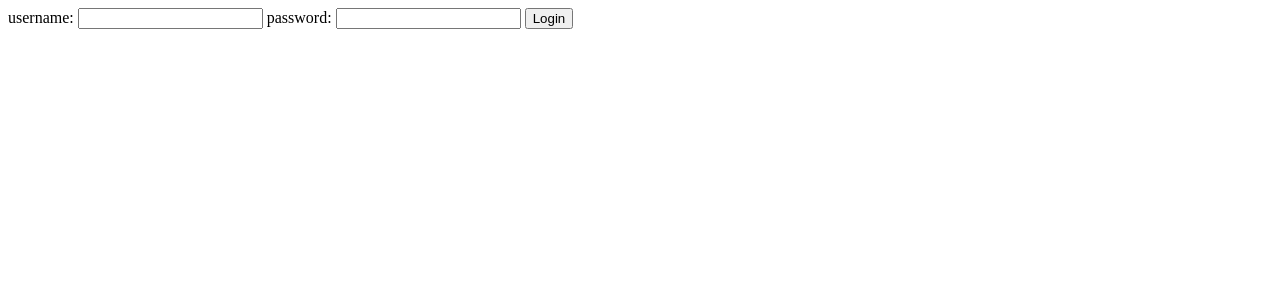
Repository: thegr8khan/webproject1
Page: http://localhost/amazon/
An editor plug-in stored every save of this project. The page is shown before and after the next save, followed by the edit.
The browser window is 1280 px wide. The pictures show the whole page.
The page is served by Tomcat 9. Other server files are loaded and not shown.

Above is the page before, as saved 2023-03-24 01:51:23.

### WebProgramming/amazon/src/main/webapp/login.jsp
<html>

<head>
<!-- Import JavaScript files -->
<!-- Import CSS files -->
</head>

<body>

<%
String loginError = (String)request.getAttribute("loginError");
if(loginError != null){

%>

<span style="color: red"><%=loginError %></span>

<%
}
%>

<form action="/amazon/cs" method="post">


username: <input type= "text" name="username"/>
password: <input type= "password" name="password"/>

<input type="submit" name="action" value="Login"/>

</form>

</body>

</html>

After the next save:
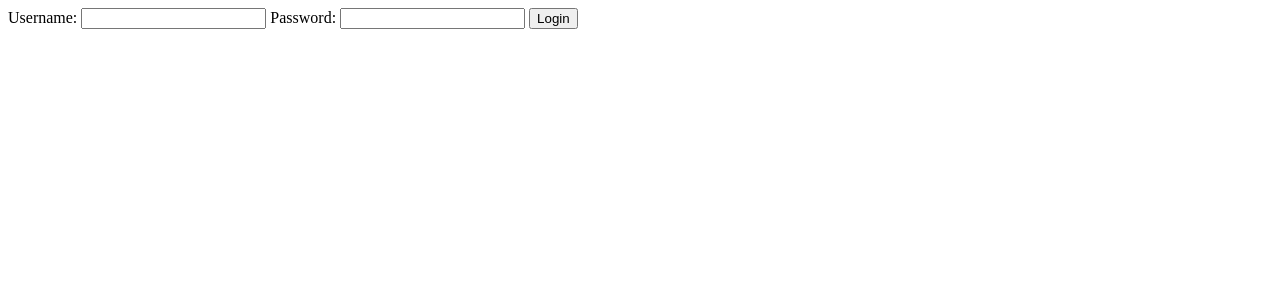
Saved 4 h 38 min later.
--- a/WebProgramming/amazon/src/main/webapp/login.jsp
+++ b/WebProgramming/amazon/src/main/webapp/login.jsp
@@ -9,11 +9,10 @@
 
 <%
 String loginError = (String)request.getAttribute("loginError");
-if(loginError != null){
-
+if(loginError!=null){
 %>
 
-<span style="color: red"><%=loginError %></span>
+<span style="color:red"><%=loginError %></span>
 
 <%
 }
@@ -22,8 +21,8 @@ if(loginError != null){
 <form action="/amazon/cs" method="post">
 
 
-username: <input type= "text" name="username"/>
-password: <input type= "password" name="password"/>
+Username: <input type= "text" name="username"/>
+Password: <input type= "password" name="password"/>
 
 <input type="submit" name="action" value="Login"/>
 
